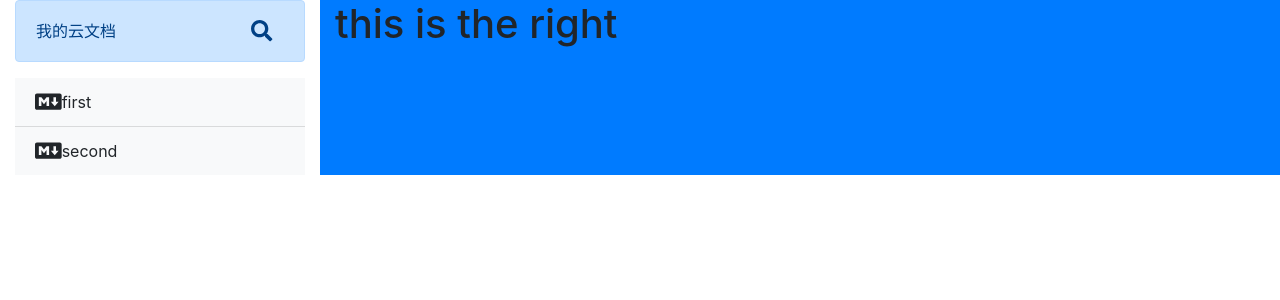
Repository: weijie-he/clould-doc
Page: /
These files come from the project's save history. The page is drawn as it stood at one moment and after a run of saves; the edit follows.
The browser window is 1280 px wide. The pictures show the whole page.
The project was rebuilt for these pictures with package versions that can differ from the ones it lists, and the page was loaded fresh each time.

Above is the page before, as saved 2020-09-30 16:57:02.

After the next 2 saves:
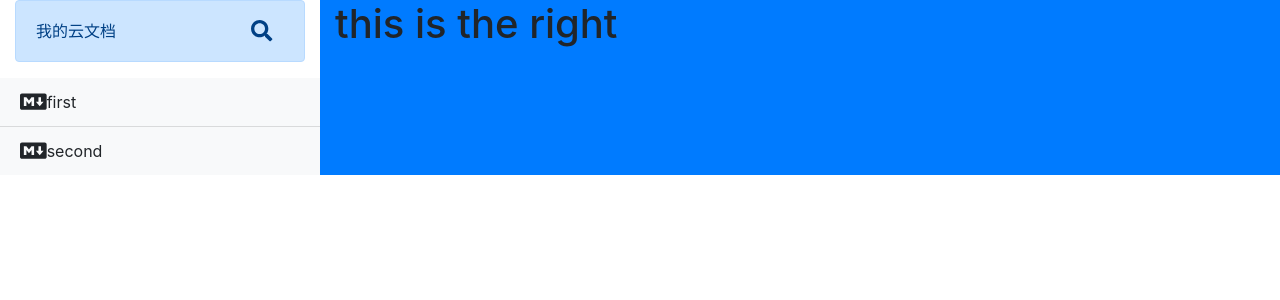
The 2 saves are shown as one change because they came seconds apart.
The last was saved 3 min 35 s later.
--- a/src/components/FileList.js
+++ b/src/components/FileList.js
@@ -7,7 +7,7 @@ import { faMarkdown} from '@fortawesome/free-brands-svg-icons'
 
 const FileList = ({files,onFileClick,onSaveEdit,onFileDelete})=>{
     return(
-        <ListGroup variant="flush" className={"file-list"}>
+        <ListGroup variant="flush" className={"file-list row"}>
             {
                 files.map(file => (
                     <ListGroup.Item
